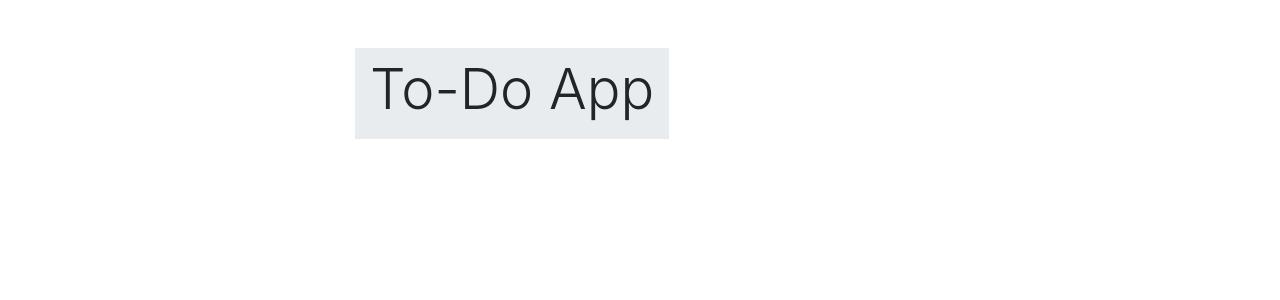
Repository: Khilanmakwana/Todo-App-ReactJS
Page: /
The author's editor kept a copy of each file at every save. The page is drawn from the files as they stood at one save, then again after the next save.
The browser window is 1280 px wide. The pictures show the whole page.
The project was rebuilt for these pictures with package versions that can differ from the ones it lists, and the page was loaded fresh each time. Also part of the build but not shown: src/App.css.

Above is the page before, as saved 2020-04-28 15:16:00.

### public/index.html
<!DOCTYPE html>
<html lang="en">

<head>
  <meta charset="utf-8" />
  <link rel="icon" href="%PUBLIC_URL%/favicon.ico" />
  <meta name="viewport" content="width=device-width, initial-scale=1" />
  <meta name="theme-color" content="#000000" />
  <meta name="description" content="Web site created using create-react-app" />
  <link rel="apple-touch-icon" href="%PUBLIC_URL%/logo192.png" />
  <!--
      manifest.json provides metadata used when your web app is installed on a
      user's mobile device or desktop. See https://developers.google.com/web/fundamentals/web-app-manifest/
    -->
  <link rel="manifest" href="%PUBLIC_URL%/manifest.json" />
  <!--
      Notice the use of %PUBLIC_URL% in the tags above.
      It will be replaced with the URL of the `public` folder during the build.
      Only files inside the `public` folder can be referenced from the HTML.

      Unlike "/favicon.ico" or "favicon.ico", "%PUBLIC_URL%/favicon.ico" will
      work correctly both with client-side routing and a non-root public URL.
      Learn how to configure a non-root public URL by running `npm run build`.
    -->
  <title>React App</title>
  <link rel="stylesheet" href="https://stackpath.bootstrapcdn.com/bootstrap/4.4.1/css/bootstrap.min.css"
    integrity="sha384-Vkoo8x4CGsO3+Hhxv8T/Q5PaXtkKtu6ug5TOeNV6gBiFeWPGFN9MuhOf23Q9Ifjh" crossorigin="anonymous">
</head>

<body>
  <noscript>You need to enable JavaScript to run this app.</noscript>
  <div class="container">
    <div class="row">
      <div class="col-mf-6 offset-md-3 mt-5">
        <div id="root"></div>
      </div>
    </div>
  </div>
  <!--
      This HTML file is a template.
      If you open it directly in the browser, you will see an empty page.

      You can add webfonts, meta tags, or analytics to this file.
      The build step will place the bundled scripts into the <body> tag.

      To begin the development, run `npm start` or `yarn start`.
      To create a production bundle, use `npm run build` or `yarn build`.
    -->
  <script src="https://code.jquery.com/jquery-3.4.1.slim.min.js"
    integrity="sha384-J6qa4849blE2+poT4WnyKhv5vZF5SrPo0iEjwBvKU7imGFAV0wwj1yYfoRSJoZ+n" crossorigin="anonymous">
  </script>
  <script src="https://cdn.jsdelivr.net/npm/popper.js@1.16.0/dist/umd/popper.min.js"
    integrity="sha384-Q6E9RHvbIyZFJoft+2mJbHaEWldlvI9IOYy5n3zV9zzTtmI3UksdQRVvoxMfooAo" crossorigin="anonymous">
  </script>
  <script src="https://stackpath.bootstrapcdn.com/bootstrap/4.4.1/js/bootstrap.min.js"
    integrity="sha384-wfSDF2E50Y2D1uUdj0O3uMBJnjuUD4Ih7YwaYd1iqfktj0Uod8GCExl3Og8ifwB6" crossorigin="anonymous">
  </script>
</body>

</html>

### src/App.js
import React from "react";
import "./App.css";

function App() {
  return (
    <div className="jumbotron jumbotron-fluid py-2">
      <div className="container">
        <h1 className="display-4">To-Do App</h1>
      </div>
    </div>
  );
}

export default App;

Loaded but not shown: src/index.js (common file); src/index.css (common file); src/serviceWorker.js (common file)

After the next save:
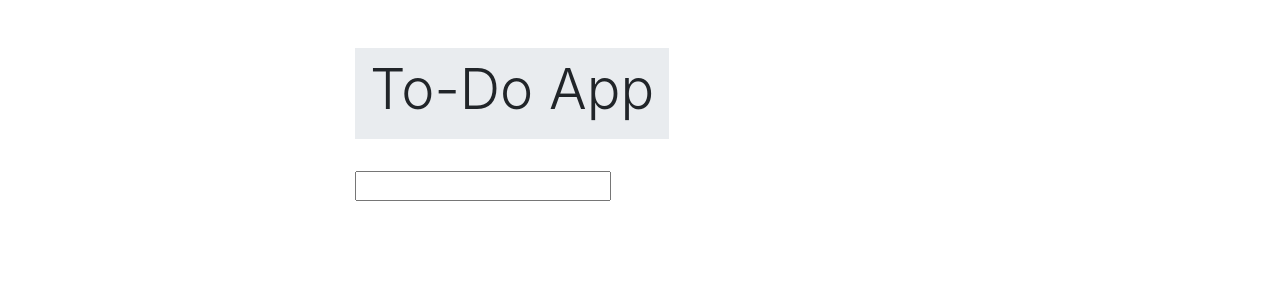
Saved 2 min 39 s later.
--- a/src/App.js
+++ b/src/App.js
@@ -3,10 +3,15 @@ import "./App.css";
 
 function App() {
   return (
-    <div className="jumbotron jumbotron-fluid py-2">
-      <div className="container">
-        <h1 className="display-4">To-Do App</h1>
+    <div>
+      <div className="jumbotron jumbotron-fluid py-2">
+        <div className="container">
+          <h1 className="display-4">To-Do App</h1>
+        </div>
       </div>
+      <form className="mb-3">
+        <input type="text" />
+      </form>
     </div>
   );
 }
